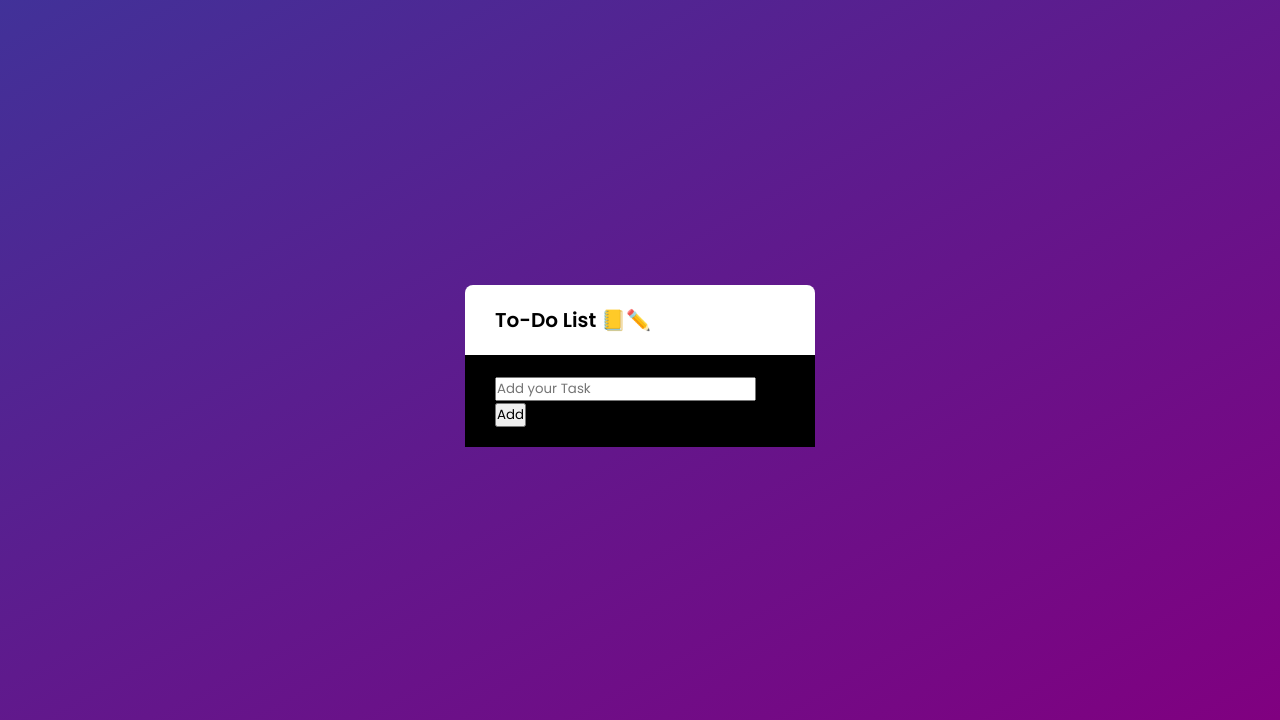
Repository: Ankitkr2021/To-Do-List
Page: index.html
An editor plug-in stored every save of this project. The page is shown before and after the next save, followed by the edit.
The browser window is 1280 px wide. The pictures show the whole page.

Above is the page before, as saved 2025-10-03 10:05:11.

### index.html
<!DOCTYPE html>
<html lang="en">
<head>
    <meta charset="UTF-8">
    <meta name="viewport" content="width=device-width, initial-scale=1.0">
    <title>To-Do-List</title>
    <link rel="stylesheet" href="./style.css">
</head>
<body>
    <div class="box">
        <h1>To-Do List 📒✏️</h1>
        <div class="task">
        <input id="add" type="text" placeholder="Add your Task">
        <button type="submit">Add</button>
        </div>
    </div>
</body>
</html>

### style.css
@import url("https://fonts.googleapis.com/css2?family=Poppins:wght@300;400;500;600;700&display=swap");

*{
    margin: 0;
    padding: 0;
    box-sizing: border-box;
    font-family: 'Poppins',sans-serif;
}

body{
    display: flex;
    justify-content: center;
    align-items: center;
    height: 100vh;
    background: linear-gradient(to bottom right, rgba(40, 22, 139, 0.884), purple);
}

.box {
    background: #fff;
    height: 150px;
    max-height: 300px;
    width: 350px;
    border-radius: 8px;
}

.box h1 {
    padding: 20px 30px;
    font-size: 20px;
    font-weight: 600;
}

.task {
    background: #000;
    /* text-align: center; */
    padding: 20px 30px;
    position: relative;
}

After the next save:
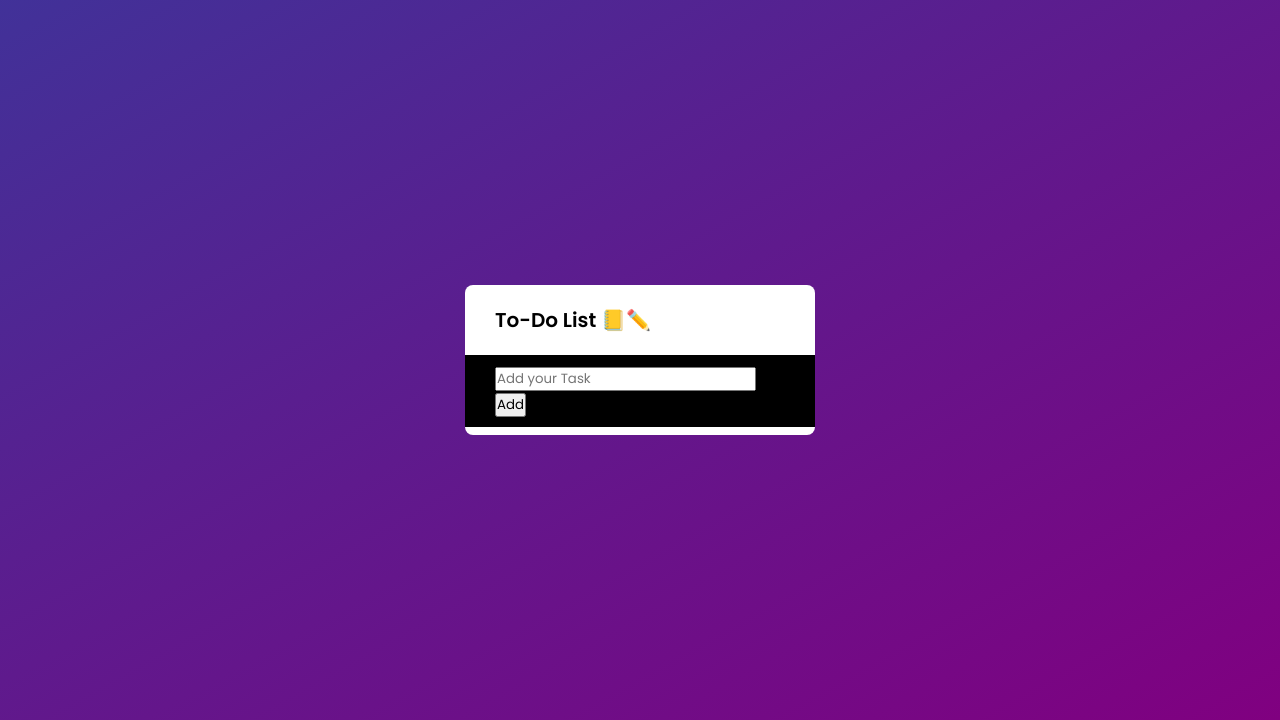
Saved 6 s later.
--- a/style.css
+++ b/style.css
@@ -32,6 +32,6 @@ body{
 .task {
     background: #000;
     /* text-align: center; */
-    padding: 20px 30px;
+    padding: 10px 30px;
     position: relative;
 }
